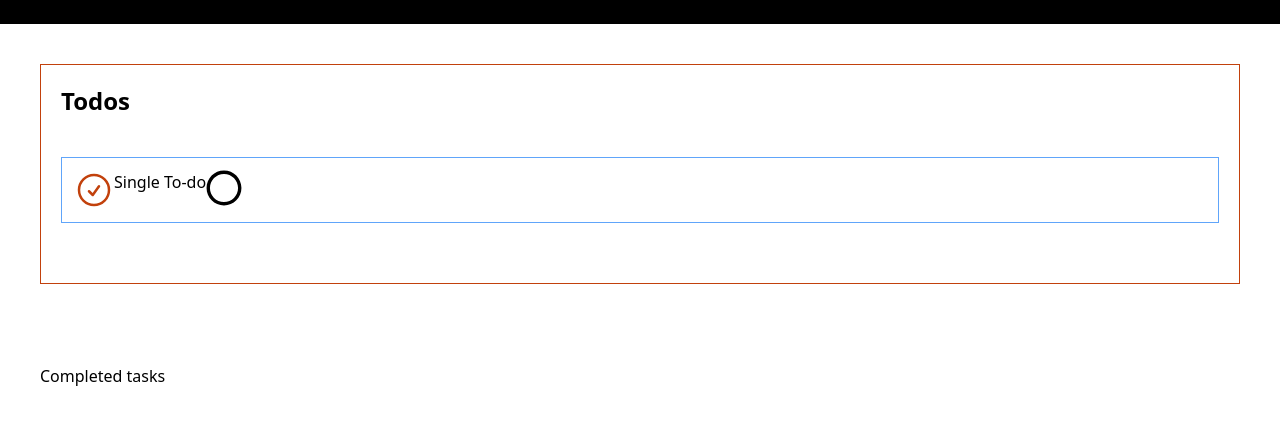
Repository: thekingisherenow/personalTodo
Page: /
The author's editor kept a copy of each file at every save. The page is drawn from the files as they stood at one save, then again after the next save.
The browser window is 1280 px wide. The pictures show the whole page.
The project was rebuilt for these pictures with package versions that can differ from the ones it lists, and the page was loaded fresh each time. The framework's server and built-in components were replaced by stand-ins that run in the browser. Also part of the build but not shown: next.config.js, styles/Home.module.css.

Above is the page before, as saved 2022-12-15 15:10:47.

### pages/index.js
import Head from 'next/head'
import Image from 'next/image'
import Completed from '../components/Completed'
import Todos from '../components/Todos'
import styles from '../styles/Home.module.css'

export default function Home() {
  return (
    <div>
      <Head>
        <title>Create Next App</title>
        <meta name="description" content="To-do App" />
        <link rel="icon" href="/favicon.ico" />
      </Head>

     <div className='bg-white'>
      <h1 className='bg-black'>Completed --Tasks</h1>
      <Todos/>
      <Completed />
     </div>
    </div>
  )
}

### components/Completed.js
import React from 'react'

function Completed() {
  return (
    <div className='p-10'>
      Completed tasks
    </div>
  )
}

export default Completed

### components/Todos.js
import React from 'react'
import Todo from './Todo'

function Todos() {
  return (
    <div className='p-5 m-10 border border-orange-700'>
      <h1 className='font-bold text-2xl'>Todos</h1>

        <Todo />

    </div>
  )
}

export default Todos

### components/Todo.js
import React from 'react'
import { CheckCircleIcon,CircleIc } from '@heroicons/react/24/outline'
import { FaRegCircle } from 'react-icons/fa';

function Todo() {
  return (
    <div className='border border-blue-400 p-3 my-10 flex'>
      <CheckCircleIcon className=' text-orange-700 w-10 h-10 ' />
      <span>Single To-do</span>
      <FaRegCircle className='w-9 h-9' />
    </div>
  )
}

export default Todo

Loaded but not shown: pages/_app.js (common file); styles/globals.css (common file); tailwind.config.js (common file)

After the next save:
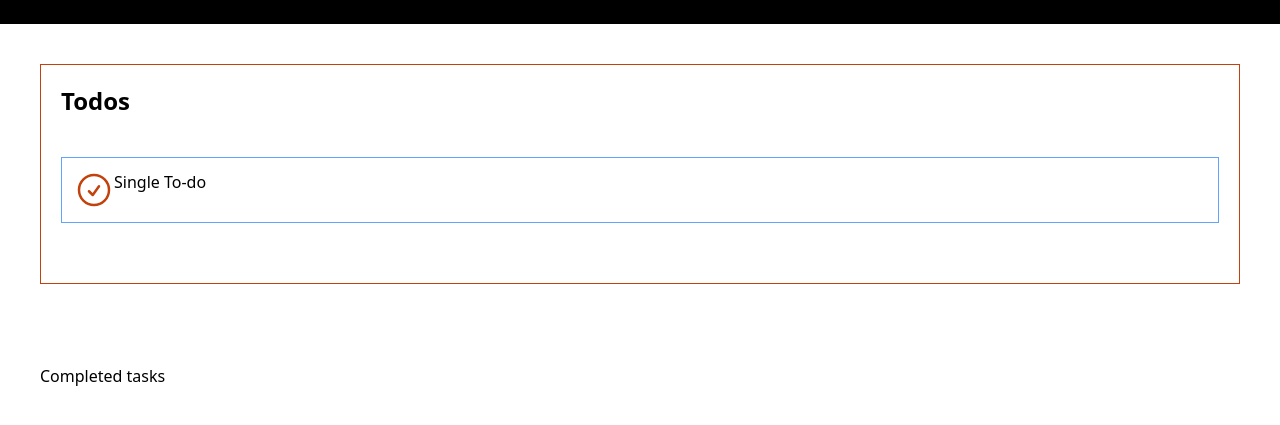
Saved 39 s later.
--- a/components/Todo.js
+++ b/components/Todo.js
@@ -3,11 +3,16 @@ import { CheckCircleIcon,CircleIc } from '@heroicons/react/24/outline'
 import { FaRegCircle } from 'react-icons/fa';
 
 function Todo() {
+    const value = true ;
+
   return (
     <div className='border border-blue-400 p-3 my-10 flex'>
-      <CheckCircleIcon className=' text-orange-700 w-10 h-10 ' />
+        { value?
+
+            <CheckCircleIcon className=' text-orange-700 w-10 h-10 ' />:
+      <FaRegCircle className='w-9 h-9' />
+        }
       <span>Single To-do</span>
-      <FaRegCircle className='w-9 h-9' />
     </div>
   )
 }
